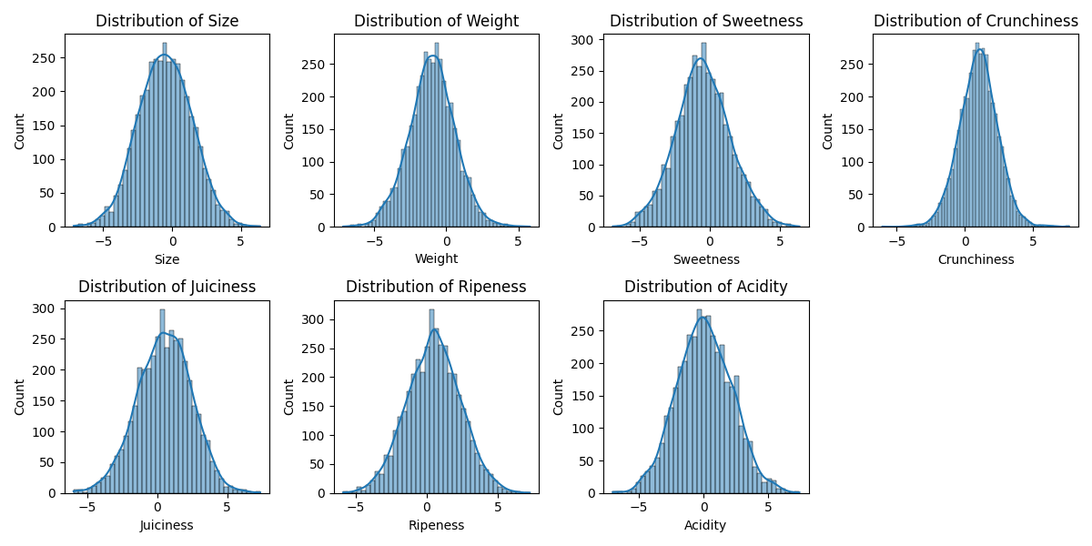
Repository: sjetti5555/GenAi
Script's output: python Training/AllDomains/appleQualitycopy1.py
An editor plug-in stored every save of this project. The script's output is shown before and after the next save, followed by the edit.
The pictures are shown at 91% of full size.
Each picture stacks the figures in order, with grey between them; figures that are only written to a file come last. Random numbers start from a fixed seed.

Above is the script's output before, as saved 2024-10-26 10:47:38.

### Training/AllDomains/appleQualitycopy1.py
import pandas as pd
import matplotlib.pyplot as plt
import seaborn as sns
from sklearn.model_selection import train_test_split
from sklearn.ensemble import RandomForestRegressor
from sklearn.metrics import mean_squared_error, r2_score
import numpy as np

# Load the dataset
file_path = r'C:\Users\srira\OneDrive\Desktop\Gen_AI\Training\AllDomains\apple_quality.csv' # Update this path
data = pd.read_csv(file_path)

# Display the first few rows of the dataset
print("First few rows of the dataset:")
print(data.head())

print(data.info())

# Display basic statistics
print("\nBasic statistics:")
print(data.describe())

# Check for missing values
print("\nMissing values in each column:")
print(data.isnull().sum())

# Visualize distributions of specific numeric features
features_of_interest = ['Size', 'Weight', 'Sweetness', 'Crunchiness', 'Juiciness', 'Ripeness', 'Acidity']
numeric_data = data[features_of_interest]

plt.figure(figsize=(12, 6))
for i, column in enumerate(numeric_data.columns):
    plt.subplot(2, (len(numeric_data.columns) + 1) // 2, i + 1)
    sns.histplot(numeric_data[column], kde=True)
    plt.title(f'Distribution of {column}')
plt.tight_layout()
plt.show()

Loaded but not shown: Training/AllDomains/apple_quality.csv (4001 lines, source omitted)

After the next save:
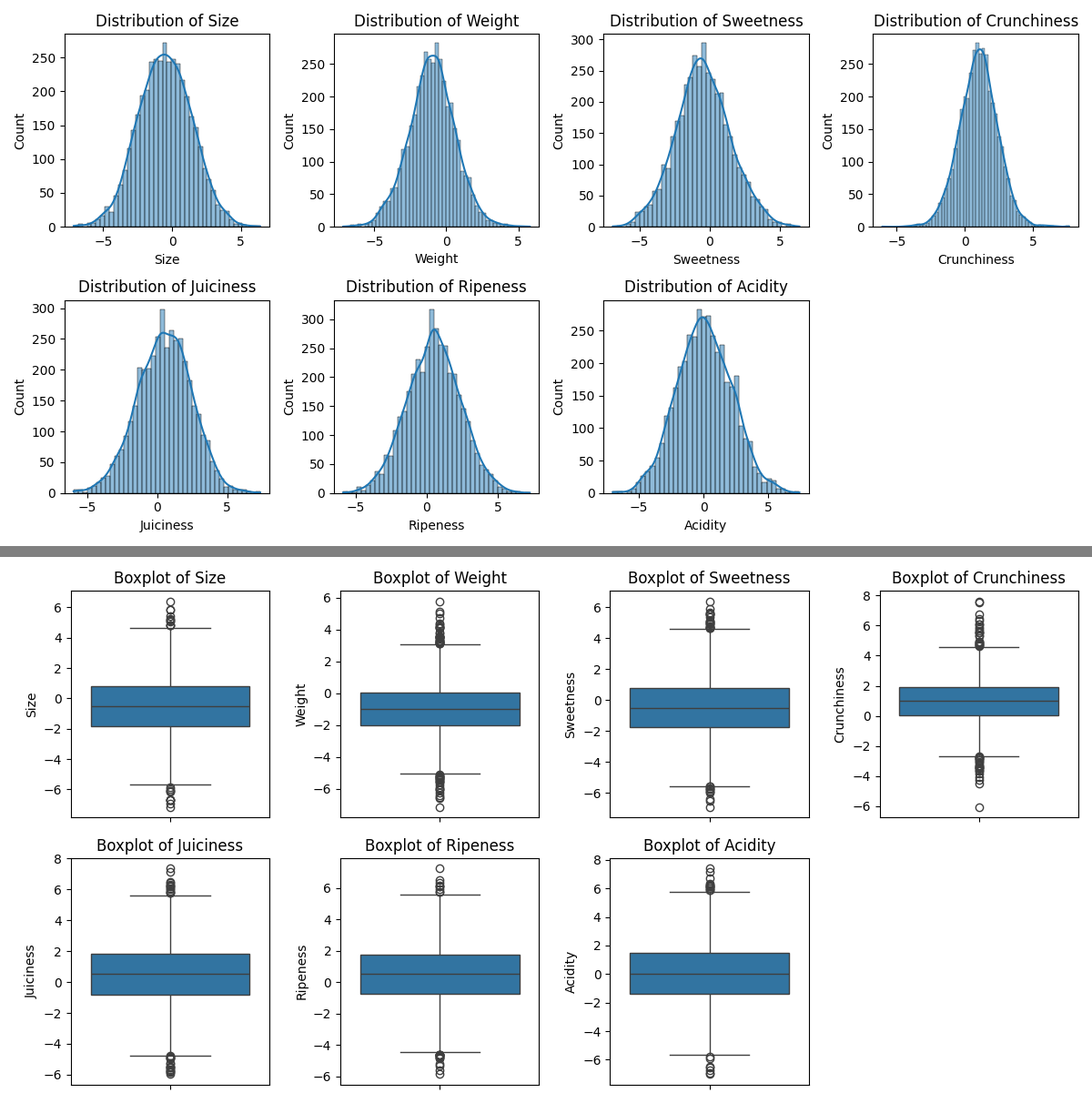
Saved 38 s later.
--- a/Training/AllDomains/appleQualitycopy1.py
+++ b/Training/AllDomains/appleQualitycopy1.py
@@ -35,3 +35,12 @@ for i, column in enumerate(numeric_data.columns):
     plt.title(f'Distribution of {column}')
 plt.tight_layout()
 plt.show()
+
+# Draw boxplots for outliers
+plt.figure(figsize=(12, 6))
+for i, column in enumerate(numeric_data.columns):
+    plt.subplot(2, (len(numeric_data.columns) + 1) // 2, i + 1)
+    sns.boxplot(y=numeric_data[column])
+    plt.title(f'Boxplot of {column}')
+plt.tight_layout()
+plt.show()
